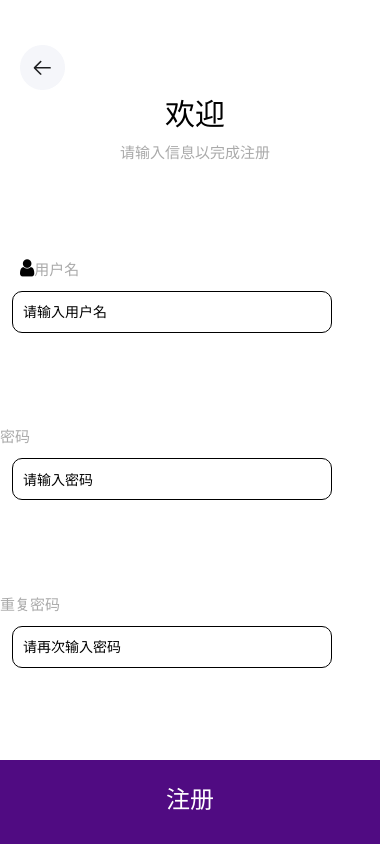
Repository: eyebone/barManager
Screen: /sign
An editor plug-in stored every save of this project. The screen is shown before and after a run of saves, followed by the edit.
The app was drawn by React Native's web renderer in a window 390 px wide. The project was rebuilt for these pictures with package versions that can differ from the ones it lists, and the page was loaded fresh each time. Also part of the build but not shown: components/EmojiPicker.js, components/Button.js, components/ImageViewer.js, components/circleButton.js, components/IconButton.js, view/ViewOne.js, view/Main.js.

Above is the screen before, as saved 2023-06-26 16:35:55.

### App.js
// In App.js in a new project

import * as React from "react";
import { Button, View, Text, StyleSheet, Pressable, Alert } from "react-native";
// import React-native from 'react-native';
import { NavigationContainer } from "@react-navigation/native";
import { createNativeStackNavigator } from "@react-navigation/native-stack";
import { ViewOne } from "./view/ViewOne";
import { SignView } from "./view/Sign";
import { LinearGradient } from "expo-linear-gradient";
import FontAwesome from "react-native-vector-icons/FontAwesome";
import { MainView } from "./view/Main";

function HomeScreen({ navigation }) {
  return (
    <View style={styles.container}>
      <LinearGradient
        start={{ x: 0, y: 0 }}
        end={{ x: 1, y: 1 }}
        colors={["#5c0b82", "#480965", "#190641", "#070320", "#000000"]}
        style={styles.linearGradient}
      >
        <Text>Home Screen</Text>
        <Pressable
          style={(styles.button, { backgroundColor: "#faf2de" })}
          onPress={() => navigation.push("test")}
        >
          <FontAwesome name="home" size={26} style={{ paddingRight: 8 }} />
          <Text>go to detail</Text>
        </Pressable>

        <Button
          title="Go to Sign"
          onPress={() => navigation.navigate("sign")}
        />
        <Text style={styles.buttonText}>Sign in with Facebook</Text>
      </LinearGradient>
    </View>
  );
}

const Stack = createNativeStackNavigator();

function App() {
  return (
    <NavigationContainer style={styles.container}>
      <Stack.Navigator initialRouteName="Home">
        <Stack.Screen
          name="Home"
          component={HomeScreen}
          // options={{ title: "Overview", backgroundColor: "transparent" }}
          options={{ headerShown: false }}
        />
        <Stack.Screen name="test" component={ViewOne} />
        <Stack.Screen name="sign" component={SignView}
          options={{ headerShown: false }}
        />
        <Stack.Screen name="Main" component={MainView} />
      </Stack.Navigator>
    </NavigationContainer>
  );
}

export default App;

const styles = StyleSheet.create({
  container: {
    flex: 1,
    flexDirection: "column",
    backgroundColor: "#000000",
    //    alignItems: 'center',
  },
  linearGradient: {
    height: 740,
  },
  button: {
    borderRadius: 10,
    width: 300,
    height: 30,
    alignItems: "center",
    justifyContent: "center",
    flexDirection: "row",
  },
});

### view/Sign.js
//这是注册界面

import { StatusBar } from "expo-status-bar";
import { StyleSheet, View, Text } from "react-native";
import Button from "../components/Button";
import ImageViewer from "../components/ImageViewer";
import * as ImagePicker from "expo-image-picker";
import { useState } from "react";
const PlaceholderImage = require("../assets/images/background-image.png");
import * as React from "react";
import FontAwesome from "react-native-vector-icons/FontAwesome";
import {
  FlatList,
  Image,
  Platform,
  Pressable,
  PixelRatio,
  TextInput,
  Alert,
} from "react-native";
import { NavigationContainer } from "@react-navigation/native";
import { createNativeStackNavigator } from "@react-navigation/native-stack";

//import {Text } from 'react-native';

const createTwoButtonAlert = () =>
  Alert.alert("提示：", "您已注册成功！", [
    { text: "OK", onPress: () => console.log("OK Pressed") },
  ]);

export function SignView({ navigation }) {
  const [value, onChangeText] = React.useState("");

  return (
    <View style={styles.container}>
      <Pressable onPress={() => navigation.push("Home")}>
        <Image
          source={require("../assets/bar/Back.png")}
          style={{ marginLeft: 20, marginTop: 45 }}
        />
      </Pressable>

      <View style={styles.welcomeContainer}>
        <Text style={styles.welcomeText} numberOfLines={1}>
          欢迎
        </Text>
        <Text style={styles.infoText}>请输入信息以完成注册</Text>
      </View>
      <View style={styles.inputBar}>
        <FontAwesome name="user" size={20} style={{ marginLeft: 20 }}>
          <Text style={styles.smallText}>用户名</Text>
        </FontAwesome>

        <TextInput
          maxLength={40}
          onChangeText={(text) => onChangeText(text)}
          value={value}
          style={styles.input}
          placeholder="请输入用户名"
        />
      </View>
      <View style={styles.inputBar}>
        <Text style={styles.smallText}>密码</Text>
        <TextInput
          style={styles.input}
          placeholder="请输入密码"
          secureTextEntry={true}
        />
      </View>
      <View style={styles.inputBar}>
        <Text editable style={styles.smallText}>
          重复密码
        </Text>
        <TextInput
          style={styles.input}
          placeholder="请再次输入密码"
          secureTextEntry={true}
        />
      </View>
      {/* <View style={styles.footerContainer}>
        <Text style={styles.regText}>注册</Text>
      </View> */}
      <Pressable
        style={styles.footerContainer}
        onPress={() => {
          navigation.push("Main");
          createTwoButtonAlert();
        }}
      >
        <Text style={styles.regText}>注册</Text>
      </Pressable>
    </View>
  );
}

const styles = StyleSheet.create({
  container: {
    flex: 1,
    flexDirection: "column",
    backgroundColor: "#fff",
    //    alignItems: 'center',
  },
  welcomeContainer: {
    flex: 1,
    backgroundColor: "#fff",
    alignItems: "center",
    // marginTop: 60,
    height: 60,
  },
  welcomeText: {
    fontSize: PixelRatio.getFontScale() * 30,
    //    fontFamily: STKaiti,
  },
  infoText: {
    color: "#aaa",
    fontSize: PixelRatio.getFontScale() * 15,
    lineHeight: 38,
  },
  imageContainer: {
    flex: 1,
    paddingTop: 58,
  },
  smallText: {
    fontSize: PixelRatio.getFontScale() * 15,
    color: "#aaa",
    // paddingLeft: 20
  },
  footerContainer: {
    flex: 1 / 2,
    alignItems: "center",
    backgroundColor: "#500B82",
    width: 380,
    height: 57,
    bottom: 0,
    //      marginTop: 600,
    //      paddingTop: 737,
  },
  inputBar: {
    flex: 1,
    // borderBottomColor: "#000",
    // borderBottomWidth: 1,
  },
  regText: {
    fontSize: PixelRatio.getFontScale() * 24,
    color: "#fff",
    margin: 20,
  },
  input: {
    height: 42,
    margin: 12,
    borderWidth: 1,
    padding: 10,
    width: 320,
    borderRadius: 10,
  },
});

After the next 2 saves:
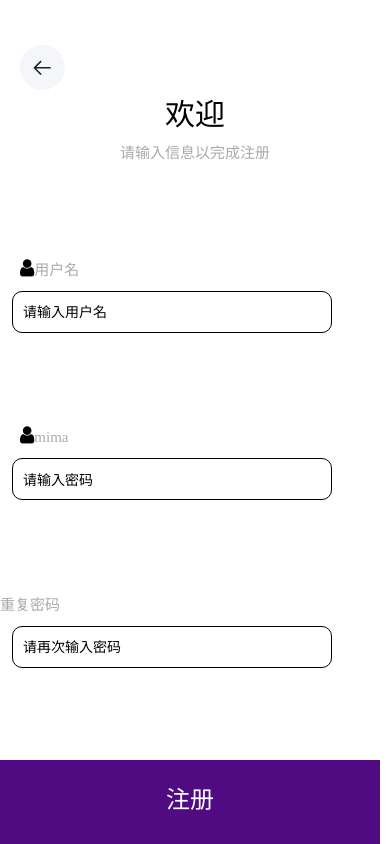
The 2 saves are shown as one change because they came seconds apart.
The last was saved 19 s later.
--- a/view/Sign.js
+++ b/view/Sign.js
@@ -60,7 +60,9 @@ export function SignView({ navigation }) {
         />
       </View>
       <View style={styles.inputBar}>
-        <Text style={styles.smallText}>密码</Text>
+        <FontAwesome name="user" size={20} style={{ marginLeft: 20 }}>
+          <Text style={styles.smallText}>mima</Text>
+        </FontAwesome>
         <TextInput
           style={styles.input}
           placeholder="请输入密码"
